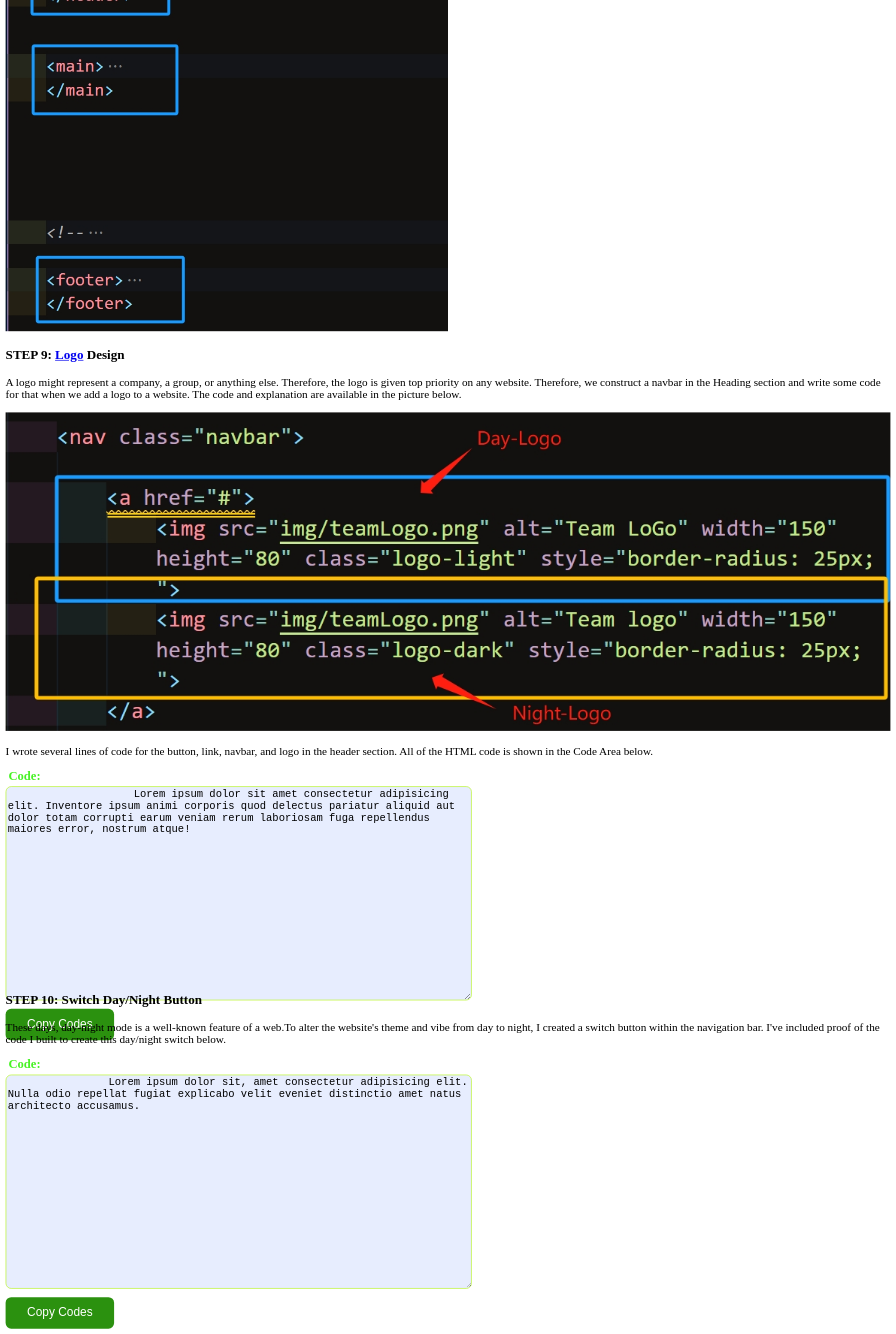
Repository: NexMaker-Fab/2023zjudem-INNOGENIUSES
Page: build web/page.html
These files come from the project's save history. The page is drawn as it stood at one moment and after the next save; the edit follows.
The browser window is 1280 px wide. The pictures show the part of the page from y = 2593 to 4513 px (the page is 4499 px tall before and 4513 px after), at 70% of full size.

Above is the page before, as saved 2023-11-27 20:14:39.

After the next save:
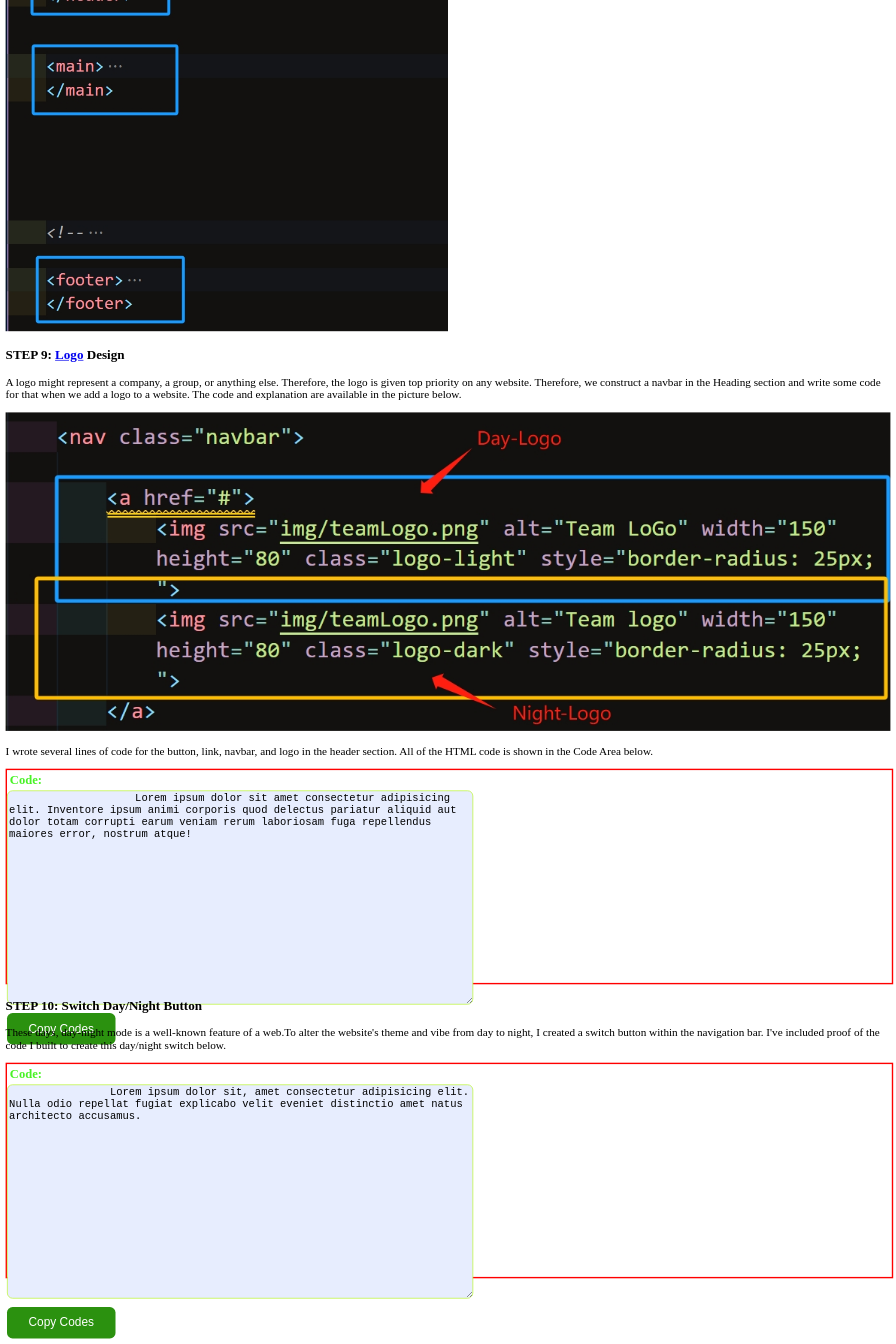
Saved 42 s later.
--- a/build web/page.css
+++ b/build web/page.css
@@ -1,6 +1,7 @@
 .code-boxes {
     height: 100%;
     width: 100%;
+    border: 2px solid red;
 }
 
 .code-boxes .code-box {
